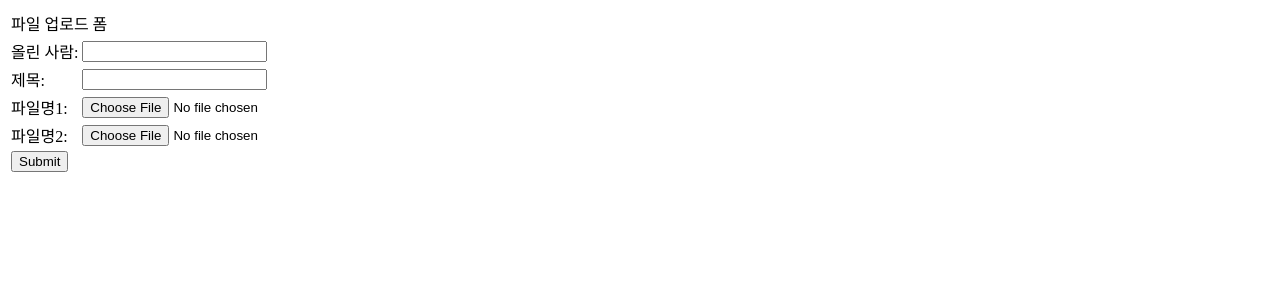
Repository: BancaKim/teamproject4
Page: http://localhost/JSP0503/JSP/fileUploadForm.jsp
An editor plug-in stored every save of this project. The page is shown before and after the next save, followed by the edit.
The browser window is 1280 px wide. The pictures show the whole page.
The page is served by Tomcat 9.

Above is the page before, as saved 2024-05-03 01:10:47.

After the next save:
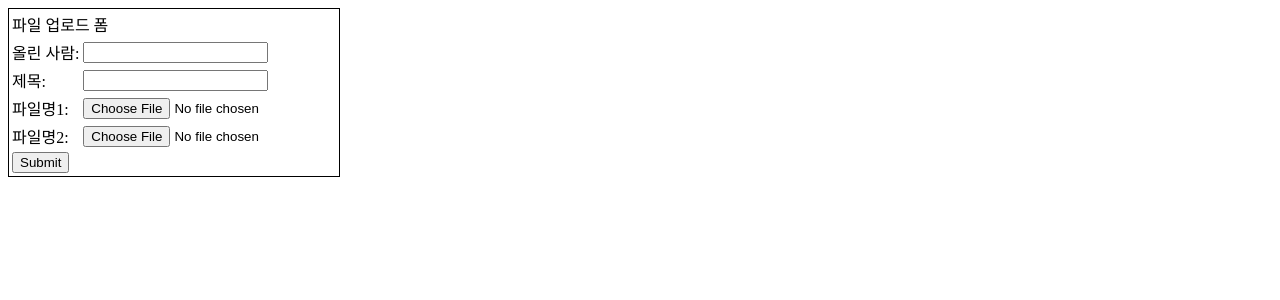
Saved 48 s later.
--- a/JSP0503/src/main/webapp/JSP/fileUploadForm.jsp
+++ b/JSP0503/src/main/webapp/JSP/fileUploadForm.jsp
@@ -5,6 +5,11 @@
 <head>
 <meta charset="UTF-8">
 <title>Insert title here</title>
+<style>
+table {
+border: 1px solid;
+}
+</style>
 </head>
 <body>
 
